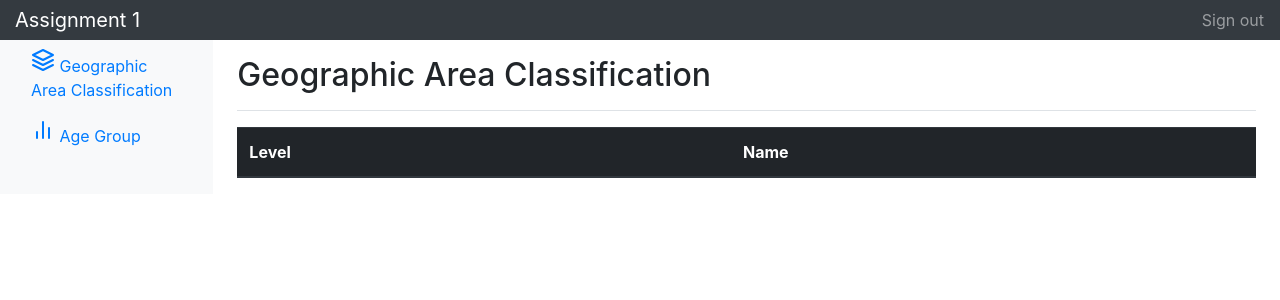
Repository: Yodilicious/PROG3060Assignment1
Page: http://localhost/PROG3060Assignment1JV/gac
An editor plug-in stored every save of this project. The page is shown before and after the next save, followed by the edit.
The browser window is 1280 px wide. The pictures show the whole page.
Some web libraries are served in a nearby version. The page is served by Tomcat 9. Queries for data that is not in the repository find no rows.

Above is the page before, as saved 2018-02-16 08:07:47.

After the next save:
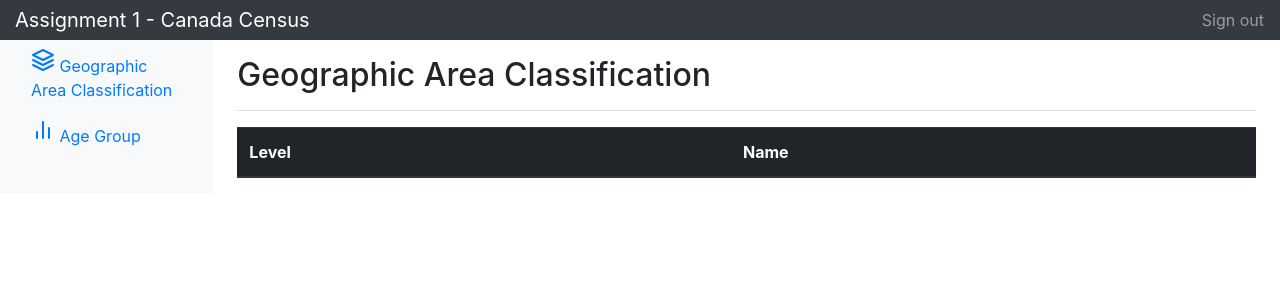
Saved 4 s later.
--- a/PROG3060Assignment1JV/WebContent/html/GeographicAreaClassification.jsp
+++ b/PROG3060Assignment1JV/WebContent/html/GeographicAreaClassification.jsp
@@ -12,7 +12,7 @@
 <body>
 
     <nav class="navbar navbar-dark sticky-top bg-dark flex-md-nowrap p-0">
-      <a class="navbar-brand col-sm-3 col-md-2 mr-0" href="#">Assignment 1</a>
+      <a class="navbar-brand col-sm-3 col-md-2 mr-0" href="#">Assignment 1 - Canada Census</a>
       <ul class="navbar-nav px-3">
         <li class="nav-item text-nowrap">
           <a class="nav-link" href="#">Sign out</a>
